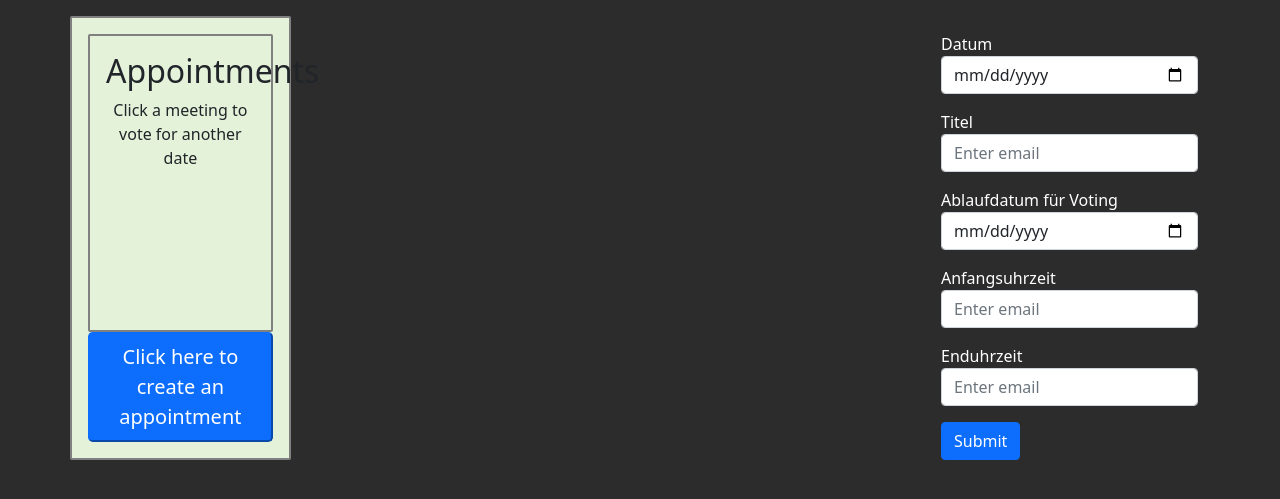
Repository: wlichon/Semesterprojekt
Page: index.html
These files come from the project's save history. The page is drawn as it stood at one moment and after the next save; the edit follows.
The browser window is 1280 px wide. The pictures show the whole page.
The page's requests for data from a server got no answer. Some web libraries are served in a nearby version.

Above is the page before, as saved 2022-04-22 20:48:53.

After the next save:
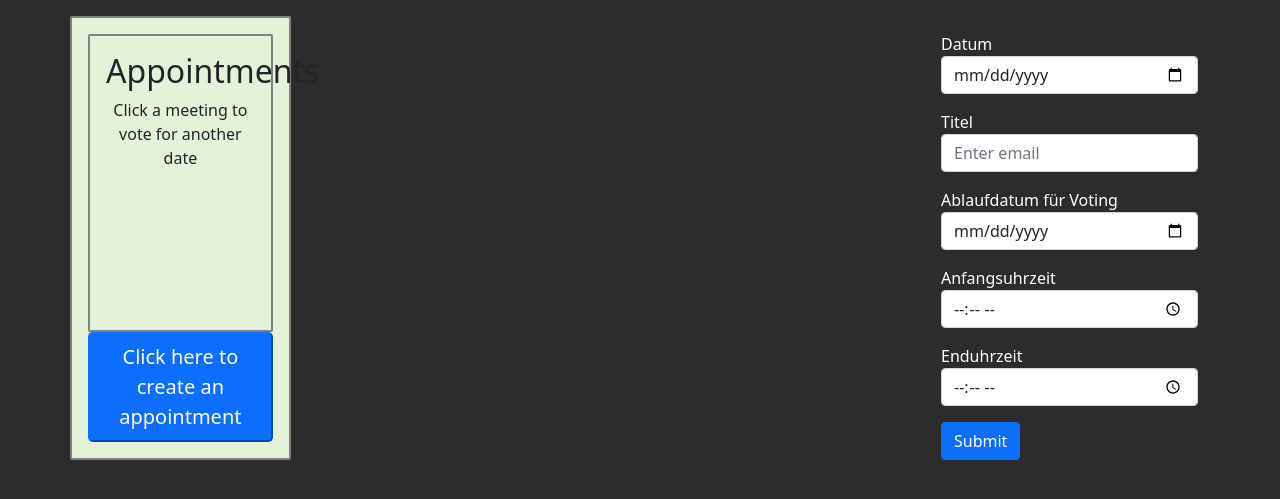
Saved 36 s later.
--- a/index.html
+++ b/index.html
@@ -95,11 +95,11 @@
             </div>
               <div class="form-group">
                 <label for="exampleInputEmail1" class ="text-white mt-3">Anfangsuhrzeit</label>
-                <input type="email" class="form-control" id="exampleInputEmail1" aria-describedby="emailHelp" placeholder="Enter email">
+                <input type="time" class="form-control" id="exampleInputEmail1" aria-describedby="emailHelp" placeholder="Enter email">
             </div>
               <div class="form-group">
                 <label for="exampleInputEmail1" class ="text-white mt-3">Enduhrzeit</label>
-                <input type="email" class="form-control" id="exampleInputEmail1" aria-describedby="emailHelp" placeholder="Enter email">
+                <input type="time" class="form-control" id="exampleInputEmail1" aria-describedby="emailHelp" placeholder="Enter email">
             </div>
             <button type="submit" class="btn btn-primary mt-3">Submit</button>
           </form>
